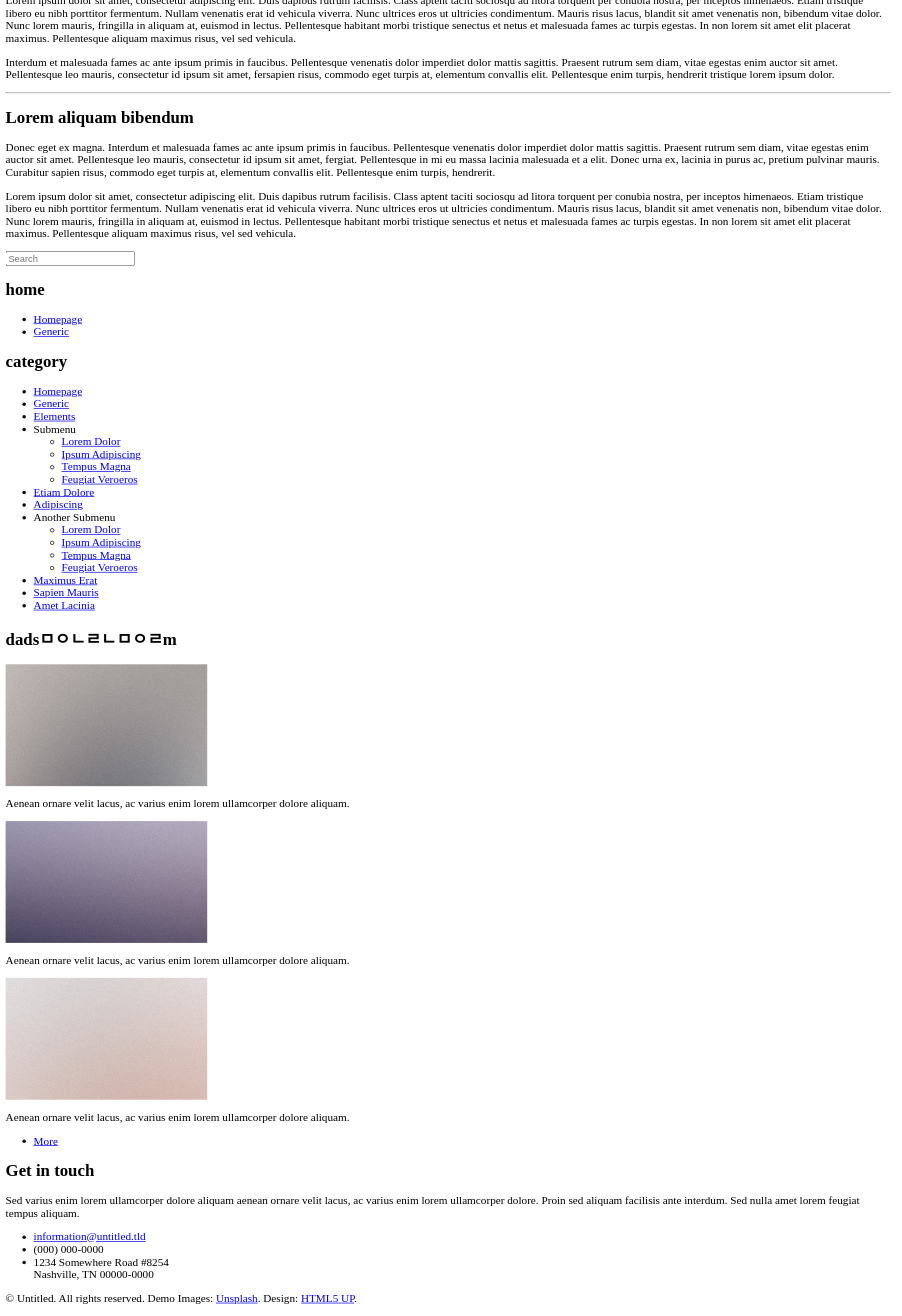
Repository: noCountJun/blog
Page: http://localhost/blogProject2/WEB-INF/views/board/bootTest.jsp
The author's editor kept a copy of each file at every save. The page is drawn from the files as they stood at one save, then again after the next save.
The browser window is 1280 px wide. The page is 1288 px wide, so the pictures cover 1288 px, including what lies to the right of the window. The pictures show the part of the page from y = 1180 to 3060 px (the page is 3060 px tall before and 3009 px after), at 70% of full size.
The page is served by Tomcat 9. Nobody is signed in. The template is opened directly, without the code that normally fills it, so the values that code supplies are empty.

Above is the page before, as saved 2019-08-20 07:28:18.

After the next save:
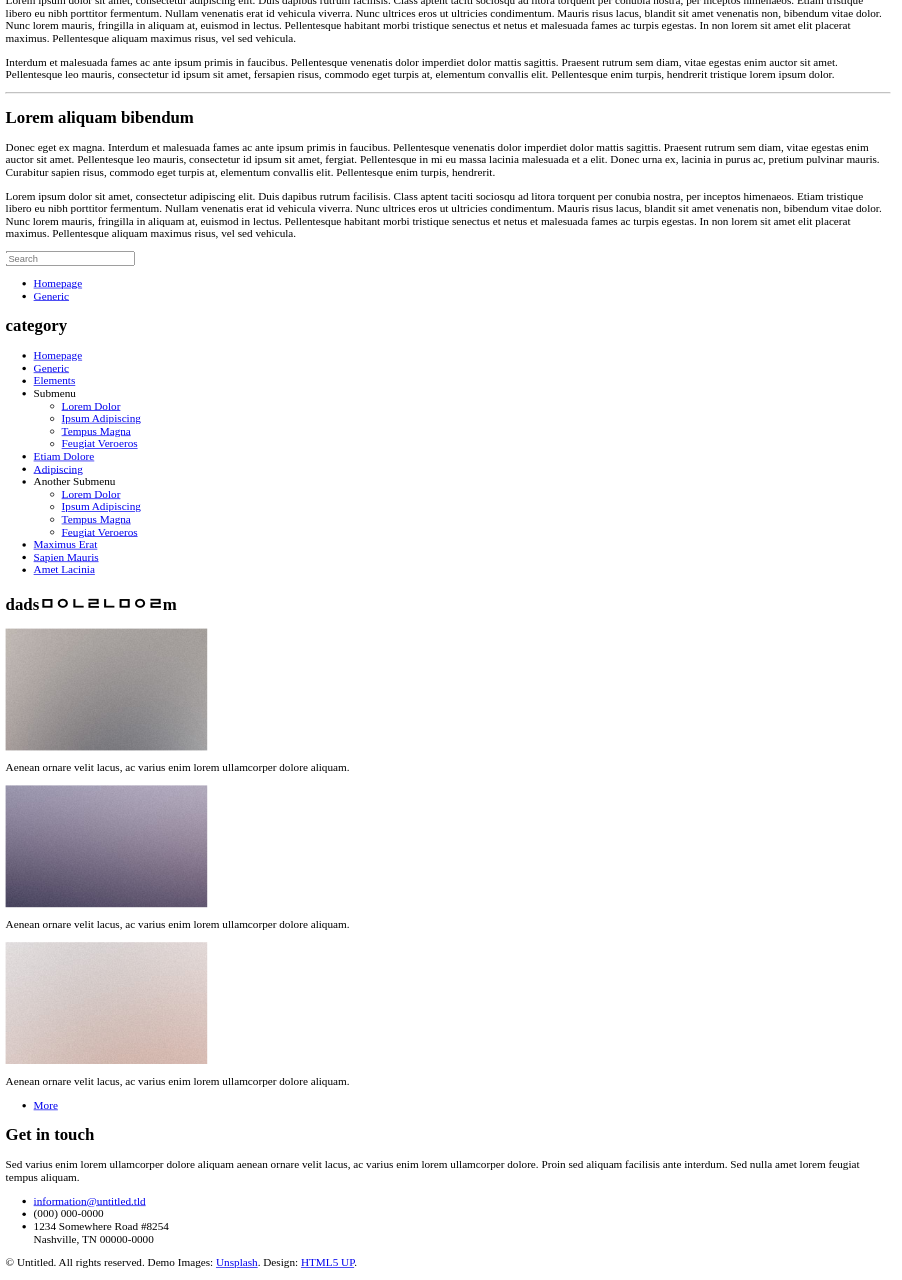
Saved 26 s later.
--- a/blogProject2/src/main/webapp/WEB-INF/views/category/category.jsp
+++ b/blogProject2/src/main/webapp/WEB-INF/views/category/category.jsp
@@ -14,9 +14,6 @@
 
 		<!-- Menu -->
 		<nav id="menu">
-			<header class="major">
-				<h2>home</h2>
-			</header>
 			<ul>
 				<li><a href="index.html">Homepage</a></li>
 				<li><a href="generic.html">Generic</a></li>

After the 4 saves that followed:
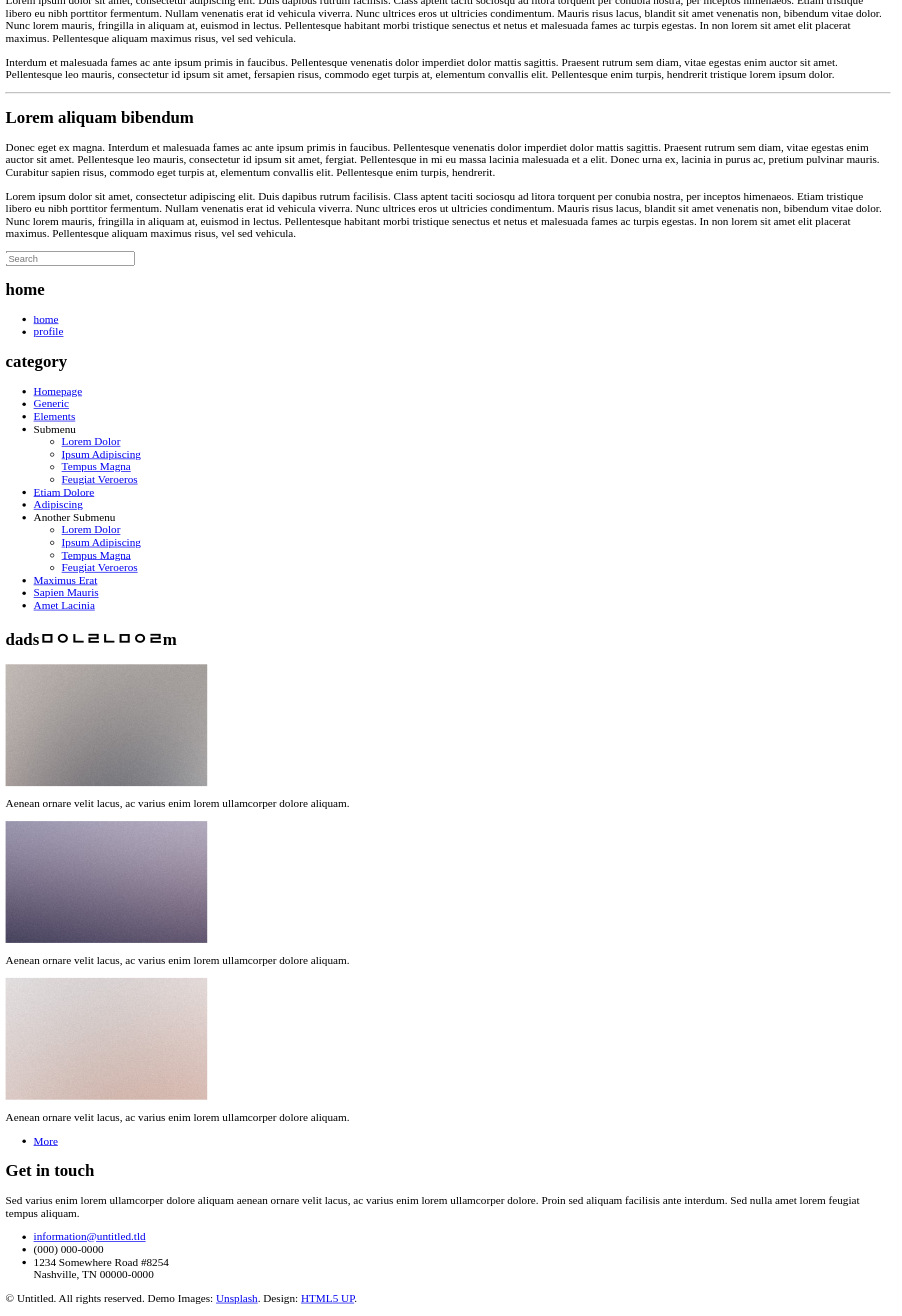
The 4 saves are shown as one change because 3 left the picture as it was.
The last was saved 2 min 26 s later.
--- a/blogProject2/src/main/webapp/WEB-INF/views/category/category.jsp
+++ b/blogProject2/src/main/webapp/WEB-INF/views/category/category.jsp
@@ -14,11 +14,15 @@
 
 		<!-- Menu -->
 		<nav id="menu">
+			<header class="major">
+				<h2>home</h2>
+			</header>
 			<ul>
-				<li><a href="index.html">Homepage</a></li>
-				<li><a href="generic.html">Generic</a></li>
+				<li><a href="index.html">home</a></li>
+				<li><a href="generic.html">profile</a></li>
 			</ul>
 		</nav>
+
 		<nav id="menu">
 			<header class="major">
 				<h2>category</h2>
